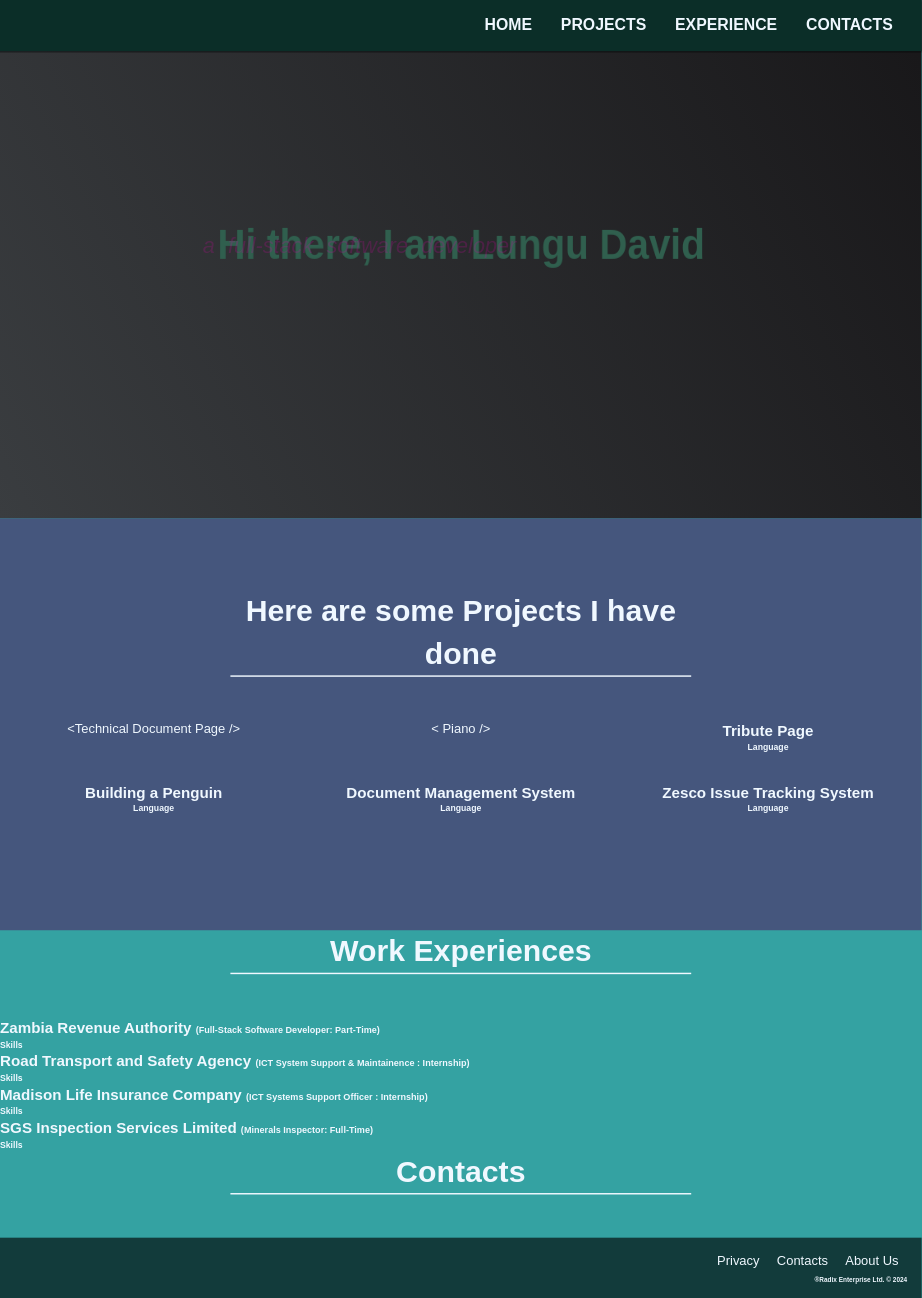
Repository: Lungdjos/personal_portifolio
Page: html/index.html
An editor plug-in stored every save of this project. The page is shown before and after the next save, followed by the edit.
The browser window is 1280 px wide. The pictures show the whole page, at 72% of full size.

Above is the page before, as saved 2024-02-04 00:09:22.

After the next save:
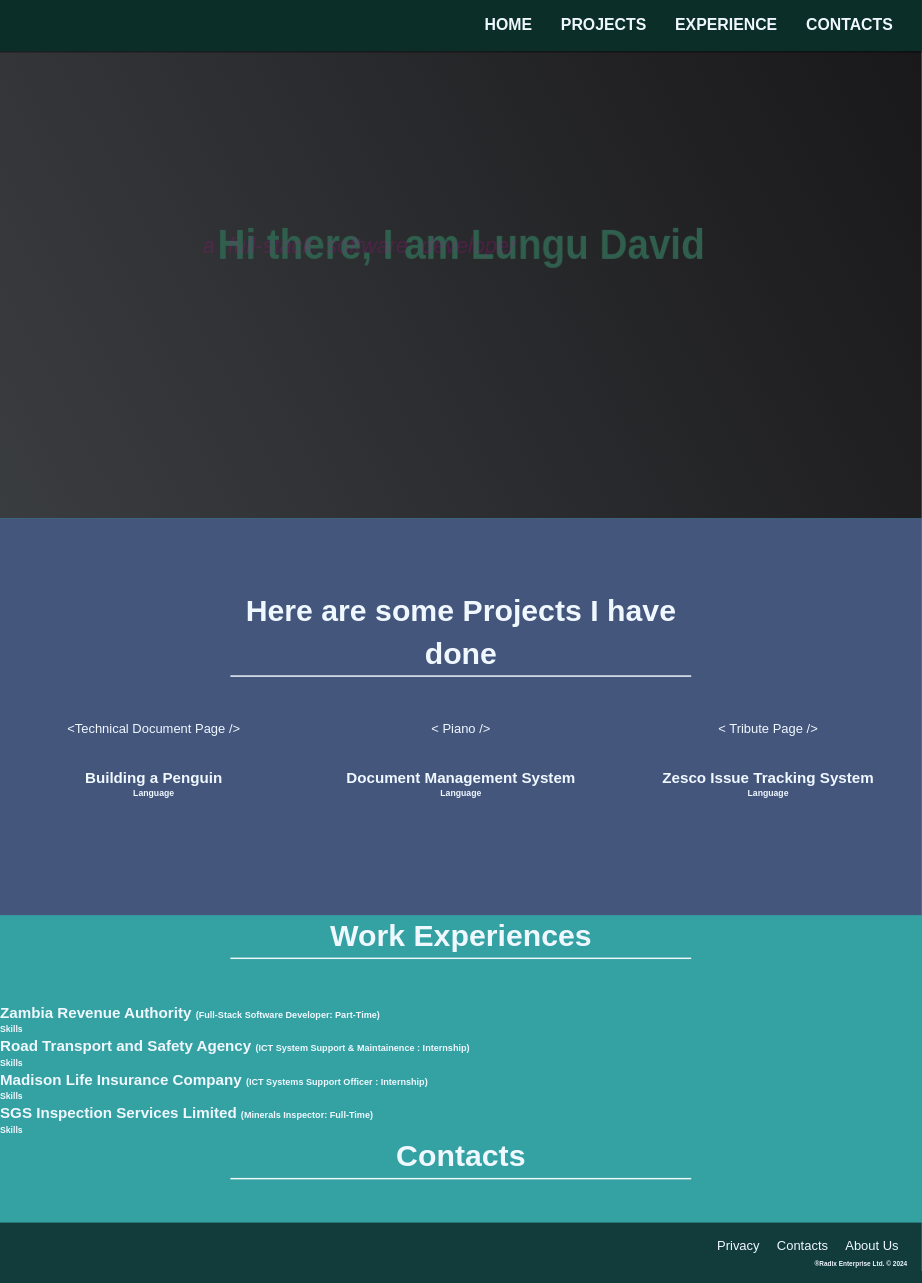
Saved 9 s later.
--- a/html/index.html
+++ b/html/index.html
@@ -54,15 +54,10 @@
                 </a>
 
                 <a href="" target="_blank" class="project project-title">
-                    <div class="projects">
-                        <h3 class="project-title">Tribute Page</h3>
-                        <h6 class="language">Language</h6>
-                        <p>
-                            <ul>
-                                <li></li>
-                            </ul>
-                        </p>
-                    </div>
+                    <p class="project-title">
+                        <span class="code">&lt;</span> Tribute Page
+                        <span class="code">/&gt;</span>
+                    </p>
                 </a>
 
                 <a href="" target="_blank" class="project project-title">
